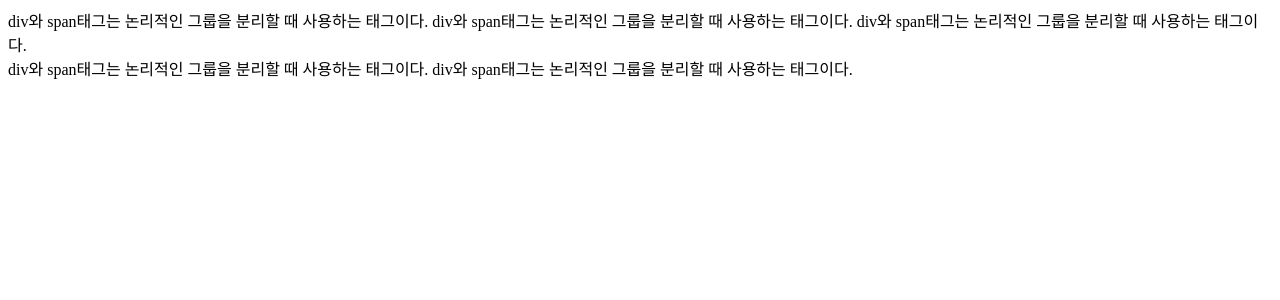
Repository: snowcuphea/webwork_class
Page: clientweb/WebContent/html/block_tag.html
An editor plug-in stored every save of this project. The page is shown before and after the next save, followed by the edit.
The browser window is 1280 px wide. The pictures show the whole page.

Above is the page before, as saved 2020-01-02 08:35:55.

### clientweb/WebContent/html/block_tag.html
<!DOCTYPE html>
<html>
<head>
<meta charset="EUC-KR">
<title>Insert title here</title>
</head>
<body>
	<div>
	div와 span태그는 논리적인 그룹을 분리할 때 사용하는 태그이다.
	div와 span태그는 논리적인 그룹을 분리할 때 사용하는 태그이다.
	div와 span태그는 논리적인 그룹을 분리할 때 사용하는 태그이다.
	</div>
	div와 span태그는 논리적인 그룹을 분리할 때 사용하는 태그이다.
	div와 span태그는 논리적인 그룹을 분리할 때 사용하는 태그이다.
</body>
</html>

After the next save:
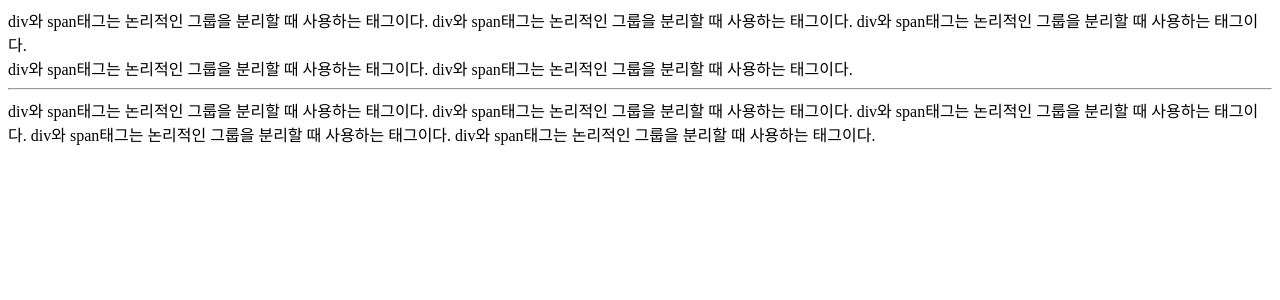
Saved 25 s later.
--- a/clientweb/WebContent/html/block_tag.html
+++ b/clientweb/WebContent/html/block_tag.html
@@ -12,5 +12,15 @@
 	</div>
 	div와 span태그는 논리적인 그룹을 분리할 때 사용하는 태그이다.
 	div와 span태그는 논리적인 그룹을 분리할 때 사용하는 태그이다.
+
+	<hr/>
+
+	<span>
+	div와 span태그는 논리적인 그룹을 분리할 때 사용하는 태그이다.
+	div와 span태그는 논리적인 그룹을 분리할 때 사용하는 태그이다.
+	div와 span태그는 논리적인 그룹을 분리할 때 사용하는 태그이다.
+	</span>
+	div와 span태그는 논리적인 그룹을 분리할 때 사용하는 태그이다.
+	div와 span태그는 논리적인 그룹을 분리할 때 사용하는 태그이다.
 </body>
 </html>
